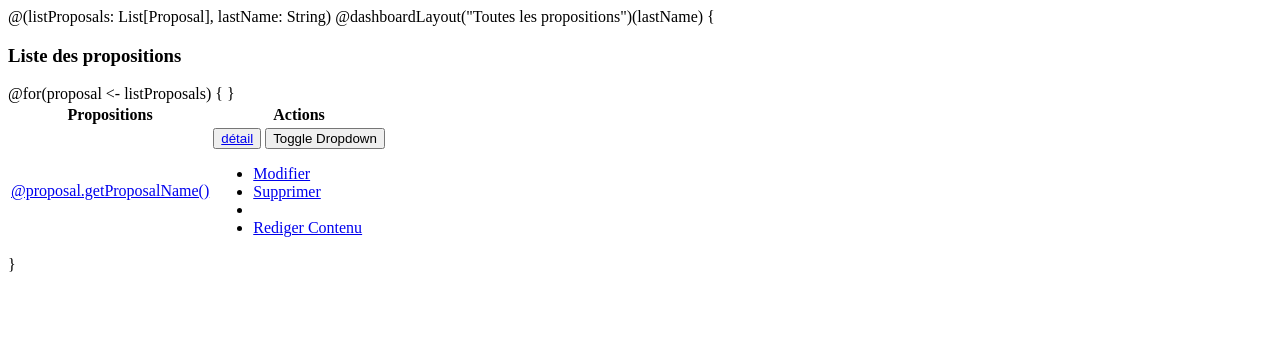
Repository: spirale-software/labo_master
Page: Application/oneDotCom/app/views/proposals.scala.html
An editor plug-in stored every save of this project. The page is shown before and after the next save, followed by the edit.
The browser window is 1280 px wide. The pictures show the whole page.

Above is the page before, as saved 2017-04-13 11:30:17.

After the next save:
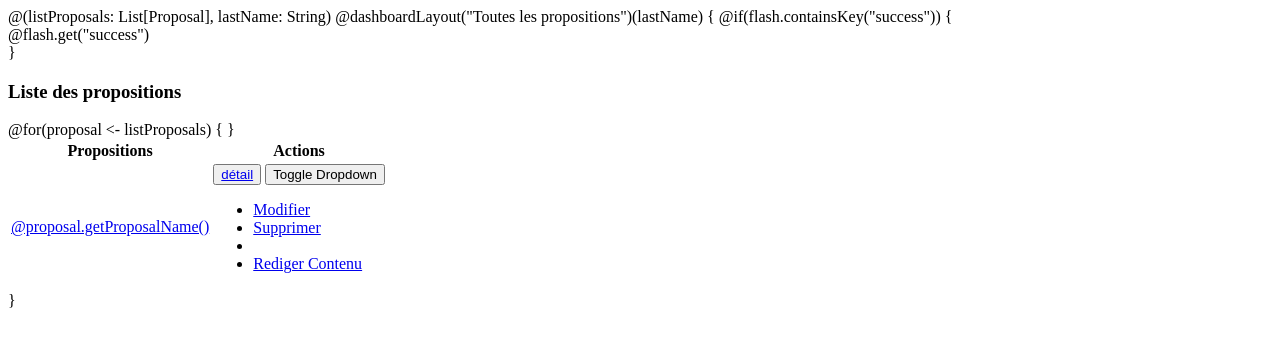
Saved 2 h 4 min later.
--- a/Application/oneDotCom/app/views/proposals.scala.html
+++ b/Application/oneDotCom/app/views/proposals.scala.html
@@ -2,6 +2,9 @@
 
 @dashboardLayout("Toutes les propositions")(lastName) {
 <meta content="text/html; charset=UTF-8" http-equiv="Content-Type">
+	@if(flash.containsKey("success")) {
+		<div class="alert alert-success" role="alert"> @flash.get("success") </div>
+	}
 	<div class="panel panel-default">
                 <!-- Default panel contents -->
                 <div class="panel-heading"><h3>Liste des propositions</h3></div>
